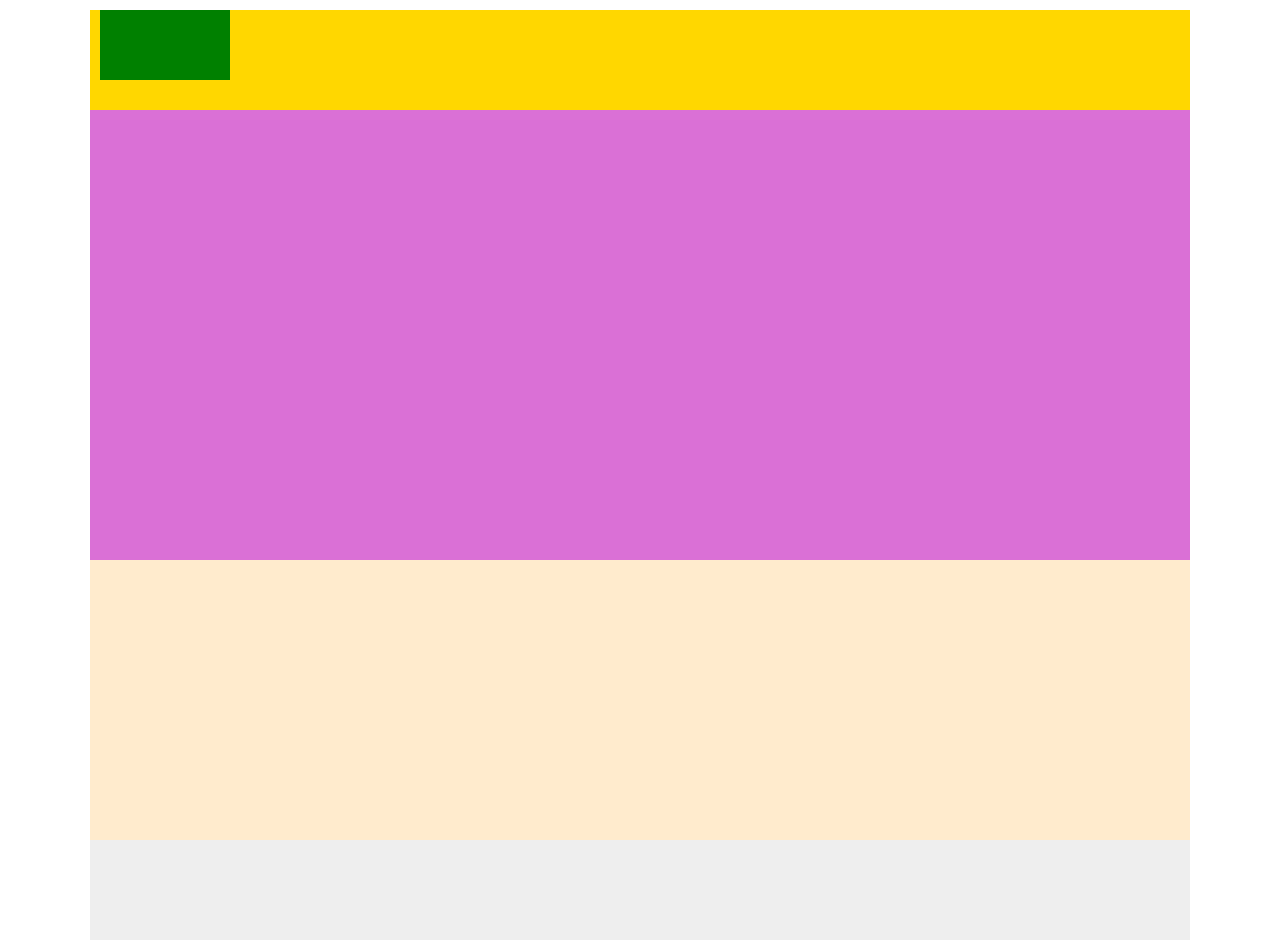
Repository: Hotmintchoco/SpringStudy
Page: HtmlTest/src/main/webapp/index4.html
These files come from the project's save history. The page is drawn as it stood at one moment and after the next save; the edit follows.
The browser window is 1280 px wide. The pictures show the whole page.

Above is the page before, as saved 2022-05-03 07:51:27.

After the next save:
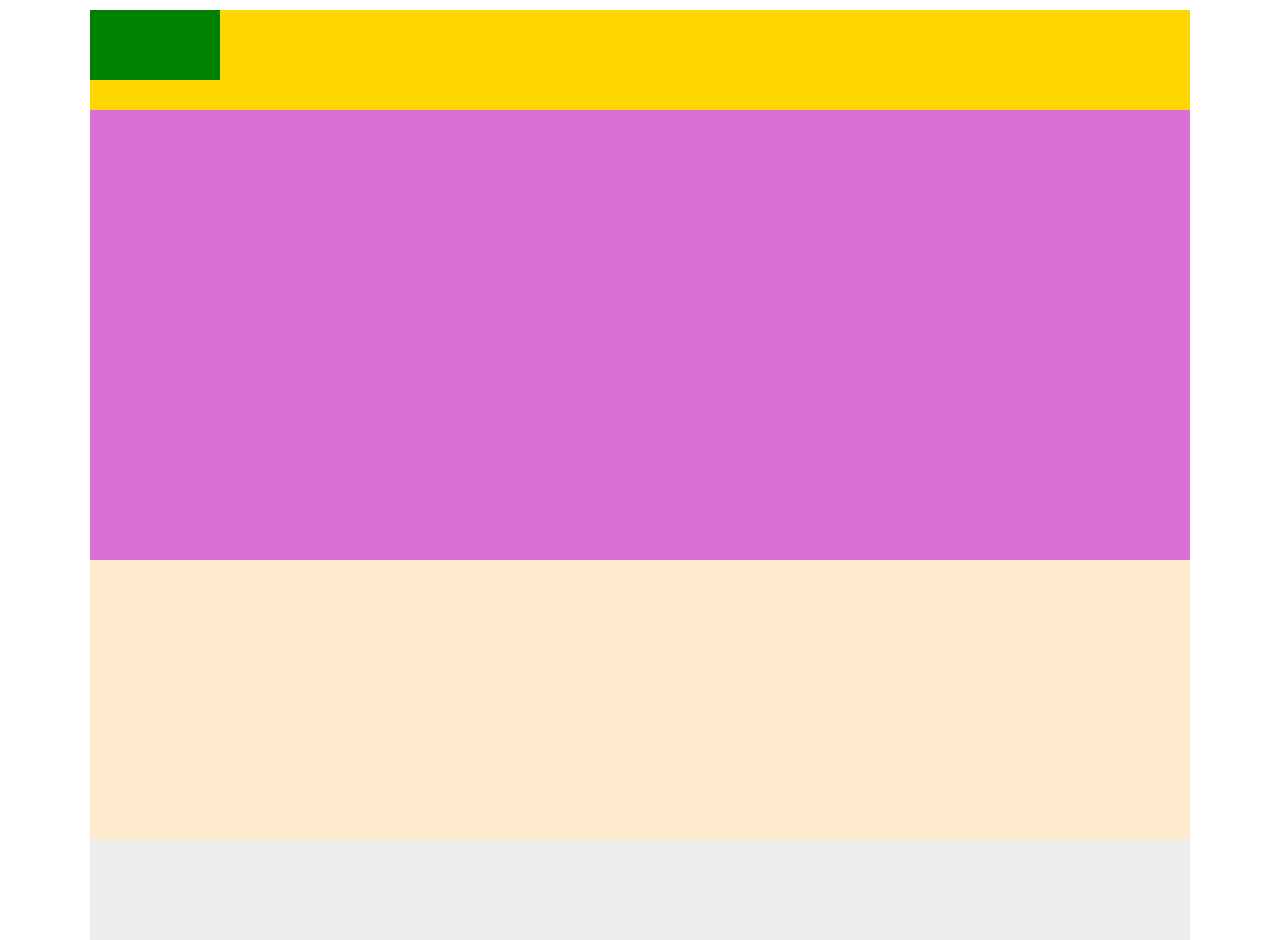
Saved 12 s later.
--- a/HtmlTest/src/main/webapp/index4.html
+++ b/HtmlTest/src/main/webapp/index4.html
@@ -16,7 +16,7 @@
 
 	#logo {
 		width: 130px; height: 70px; background-color: green;
-		margin: 10px 0 0 10px;
+		margin: 10px 0 10px 0;
 	}
 
 	#slider {
